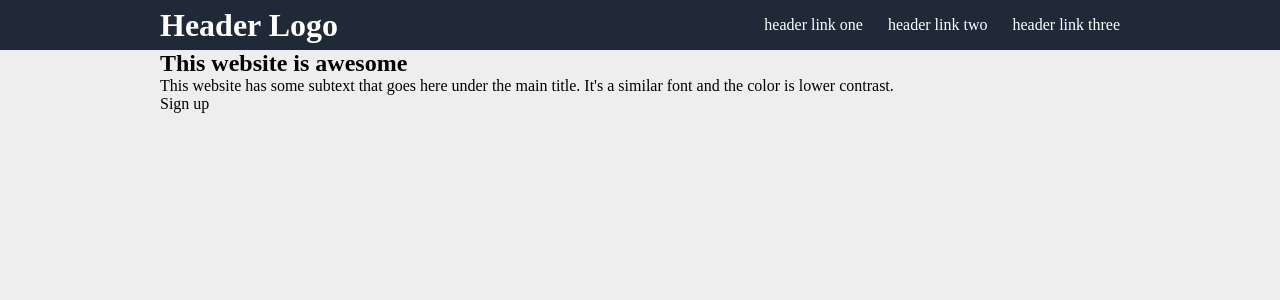
Repository: Pafestivo/Dummy-Landing-Page
Page: index.html
An editor plug-in stored every save of this project. The page is shown before and after the next save, followed by the edit.
The browser window is 1280 px wide. The pictures show the whole page.

Above is the page before, as saved 2022-09-26 17:51:07.

### index.html
<!DOCTYPE html>
<html lang="en">
<head>
    <meta charset="UTF-8">
    <meta name="viewport" content="width=device-width, initial-scale=1.0">
    <link rel="stylesheet" href="styles.css">
    <title>Landing Page</title>
</head>
<body>
    <header>
        <div class="container">
            <h1>Header Logo</h1>
            <nav>
                <a href="#">header link one</a>
                <a href="#">header link two</a>
                <a href="#">header link three</a>
            </nav>
        </div> <!-- /container-->
    </header>
    <main>
        <section class="first">
            <div class="container">
                <h1>This website is awesome</h1>
                <p>This website has some subtext that goes here under the main title. It's a similar font and the color is lower contrast.</p>
                <a href="#">Sign up</a>
                <img
                    src=""
                    alt=""
                />
            </div> <!-- /container-->
        </section> <!-- /first -->

        <section class="second">
            <div class="container">

            </div> <!-- /container-->
        </section> <!-- /second -->

        <section class="third">
            <div class="container">

            </div> <!-- /container-->
        </section> <!-- /third -->

        <section class="fourth">
            <div class="container">

            </div> <!-- /container-->
        </section> <!-- /fourth -->

        <footer>

        </footer>
    </main>
</body>
</html>

### styles.css
* {
  padding: 0;
  margin: 0;
  box-sizing: border-box;
}

body {
  font-family: serif;
  background-color: #eee;
}

.container {
  width: 75vw;
  margin: 0 auto;
}

a {
  text-decoration: none;
  color: inherit;
}

/* header bar */
header {
  display: flex;
  align-items: center;
  background-color: #1F2937;
  color: #fff;
  height: 50px;
}

header .container {
  display: flex;
  justify-content: space-between;
}

header nav {
  display: flex;
  align-items: center;
  gap: 25px;
}
/* End header bar  */

/* First section  */

/* End first section  */

After the next save:
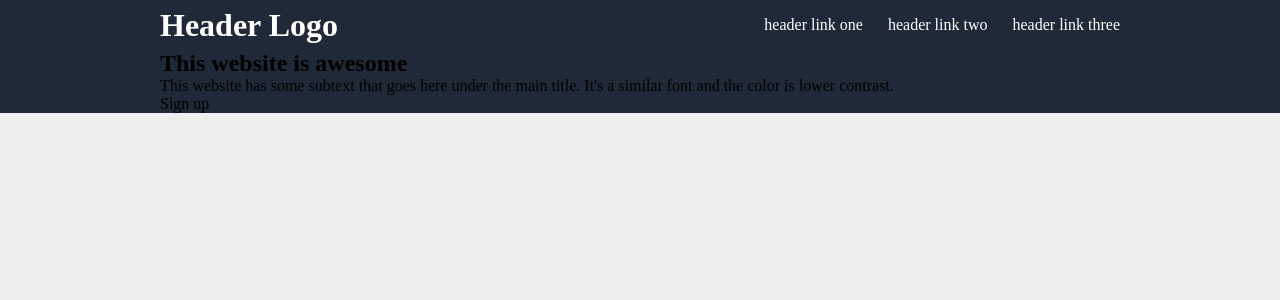
Saved 30 s later.
--- a/styles.css
+++ b/styles.css
@@ -41,5 +41,7 @@ header nav {
 /* End header bar  */
 
 /* First section  */
-
+.first {
+  background-color: #1F2937;
+}
 /* End first section  */
